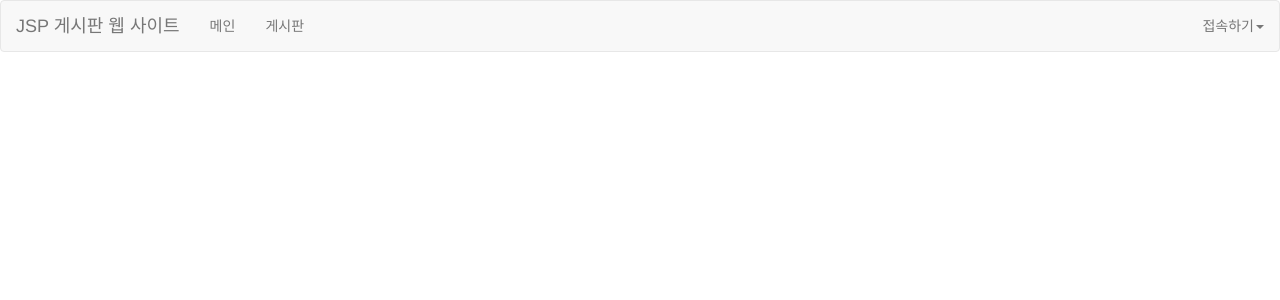
Repository: SongJeongHyo/Spring_Study
Page: http://localhost/BBS/login.jsp
An editor plug-in stored every save of this project. The page is shown before and after the next save, followed by the edit.
The browser window is 1280 px wide. The pictures show the whole page.
Some web libraries are served in a nearby version. The page is served by Tomcat 9.

Above is the page before, as saved 2022-04-27 08:32:31.

After the next save:
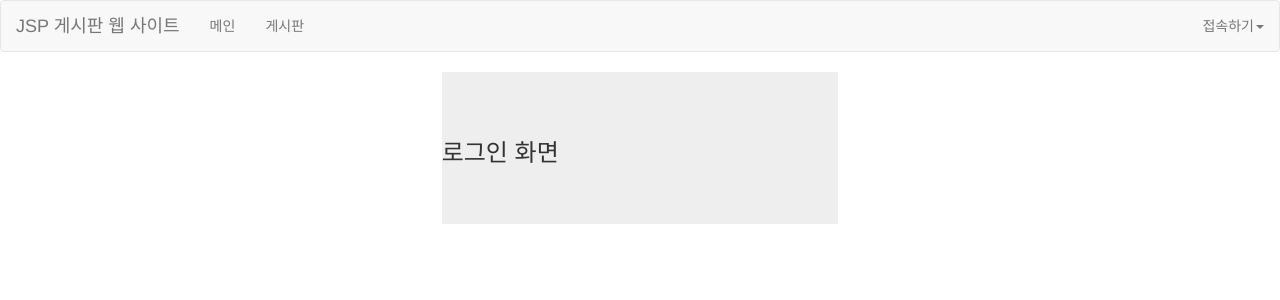
Saved 13 min 50 s later.
--- a/project/BBS/src/main/webapp/login.jsp
+++ b/project/BBS/src/main/webapp/login.jsp
@@ -38,6 +38,17 @@
 			</ul>
 		</div>
 	</nav>
+	<div class="containver">
+		<div class="col-lg-4"></div>
+		<div class="col-lg-4">
+			<div class="jumbotron" style="padding-top; 20px;">
+				<form method="post" action="loginAction.jsp">
+					<h3 style="text-align; center;">로그인 화면</h3>
+				</form>
+			</div>
+		</div>
+		<div class="col-lg-4"></div>
+	</div>
 	<script src = "https://code.jquery.com/jquery-3.1.1.min.js"></script>
 	<script src = "js/bootstrap.js"></script>
 </body>
